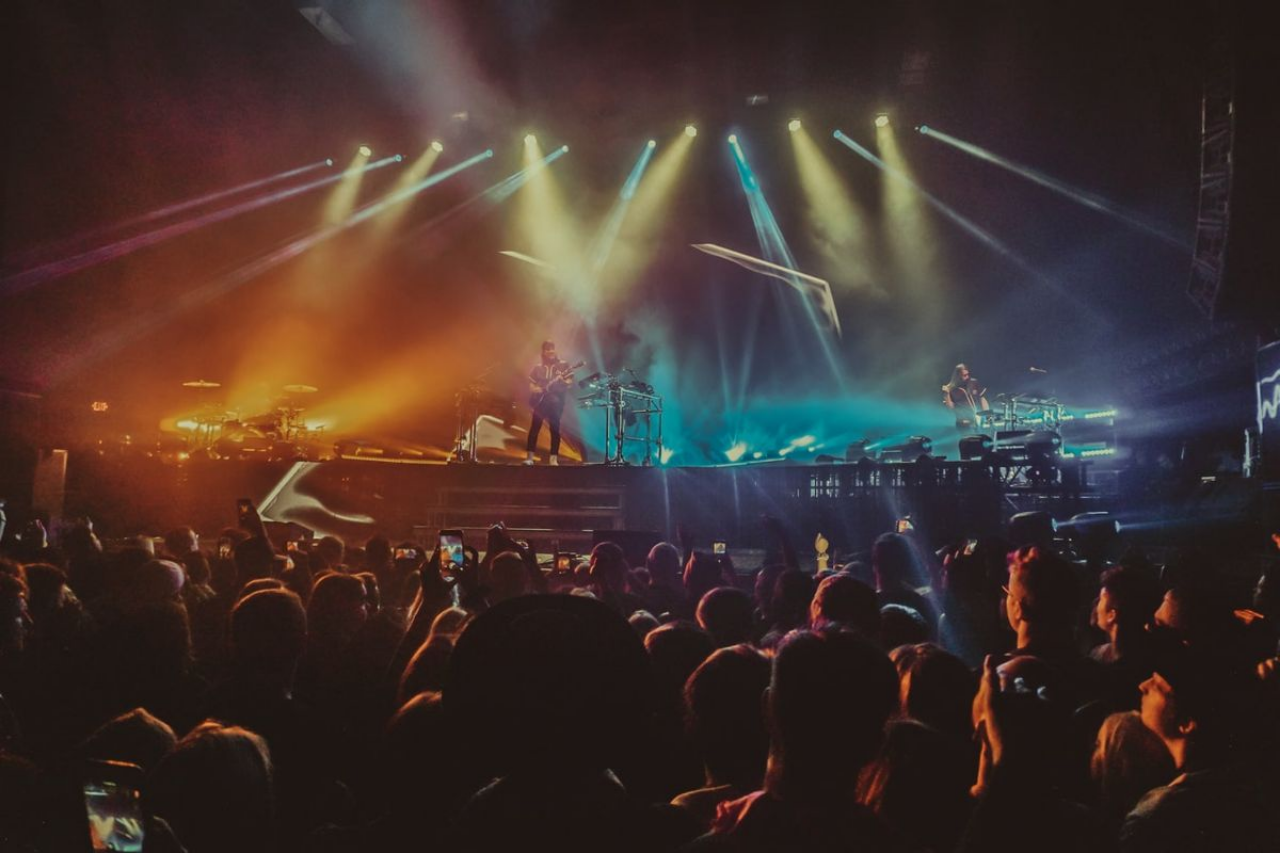
Repository: Hajimohammadi-KI/Web-Technologien
Page: index.html
These files come from the project's save history. The page is drawn as it stood at one moment and after a run of saves; the edit follows.
The browser window is 1280 px wide. The pictures show the whole page.

Above is the page before, as saved 2025-09-30 12:56:21.

### index.html
<!DOCTYPE html>
<html lang="en">
<head>
    <meta charset="UTF-8">
    <meta name="viewport" content="width=device-width, initial-scale=1.0">
    <link rel="stylesheet" href="Style.css">
    <title>Document</title>
</head>
<body>
    <!-- The alt attribute is used to provide alternative text for the image if it fails to load or if the user visits the page via a screen reader. -->
    <img src="img/spotify-livestreaming-virtual-concerts-feat.jpeg"
        alt="Musicians performing on a brightly lit stage with colorful spotlights
        and smoke effects while a large enthusiastic audience watches and records
        the event with their phones in a dark concert hall filled with energy and
         excitement" class="responsive-img">

</body>
</html>

### Style.css
/*
    Styles for responsive images.
    The .responsive-img class is intended to make images scale appropriately
    to fit their container while maintaining aspect ratio.
    Apply this class to <img> elements to ensure they are responsive
    across different screen sizes and devices.
*/
img.responsive-img {
  width: 100%; /* [translate:عرض تصویر همیشه برابر با عرض عنصر والد خواهد بود] */
  height: auto; /* [translate:نسبت ابعاد تصویر حفظ می‌شود] */
  max-width: 100vw; /* [translate:تصویر هیچ‌گاه از عرض پنجره مرورگر بزرگ‌تر نمی‌شود] */
  display: block; /* [translate:فضای اضافی پایین عکس حذف می‌شود] */
}

@media (max-width: 600px) {
  img.responsive-img {
    max-width: 100%; /* [translate:در صفحات کوچک، حداکثر عرض تصویر برابر با عنصر والد می‌شود] */
  }
}

 body {
  font-family: Arial, sans-serif; /* [translate:تنظیم فونت پیش‌فرض برای کل صفحه] */
  margin: 0; /* [translate:حذف حاشیه پیش‌فرض مرورگر] */
  padding: 0; /* [translate:حذف فاصله داخلی پیش‌فرض مرورگر] */
  box-sizing: border-box; /* [translate:شامل کردن حاشیه و پدینگ در محاسبه عرض و ارتفاع عناصر] */
  background: url("img/spotify-livestreaming-virtual-concerts-feat.jpeg");
  background-position: center; /* [translate:تنظیم موقعیت پس‌زمینه در مرکز] */
  background-repeat: no-repeat; /* [translate:عدم تکرار تصویر پس‌زمینه] */
  background-size: cover; /* [translate:پوشش کامل پس‌زمینه] */
}

After the next 5 saves:
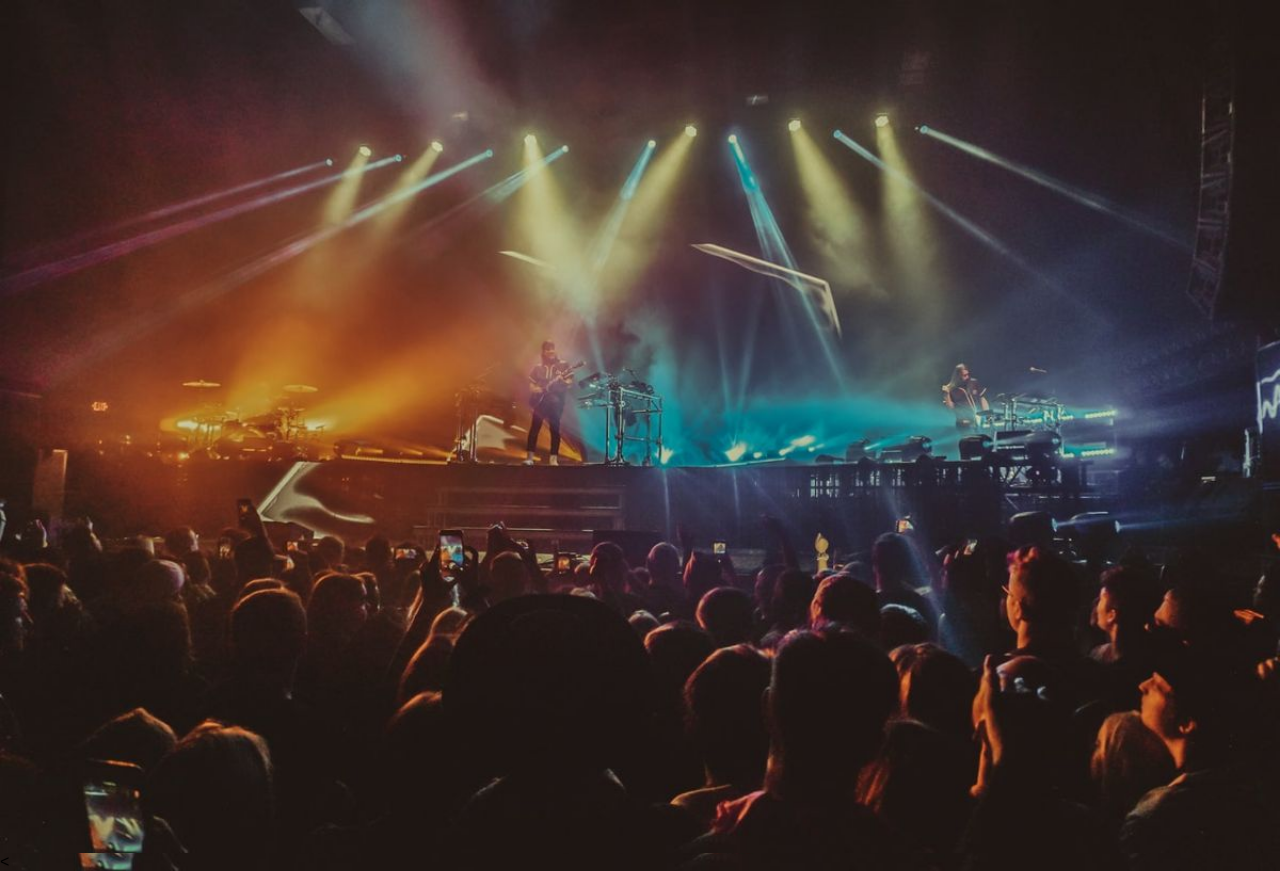
The 5 saves are shown as one change because they came seconds apart.
The last was saved 24 s later.
--- a/index.html
+++ b/index.html
@@ -13,6 +13,8 @@
         and smoke effects while a large enthusiastic audience watches and records
         the event with their phones in a dark concert hall filled with energy and
          excitement" class="responsive-img">
+        <<nav>
 
+        </nav>
 </body>
 </html>
